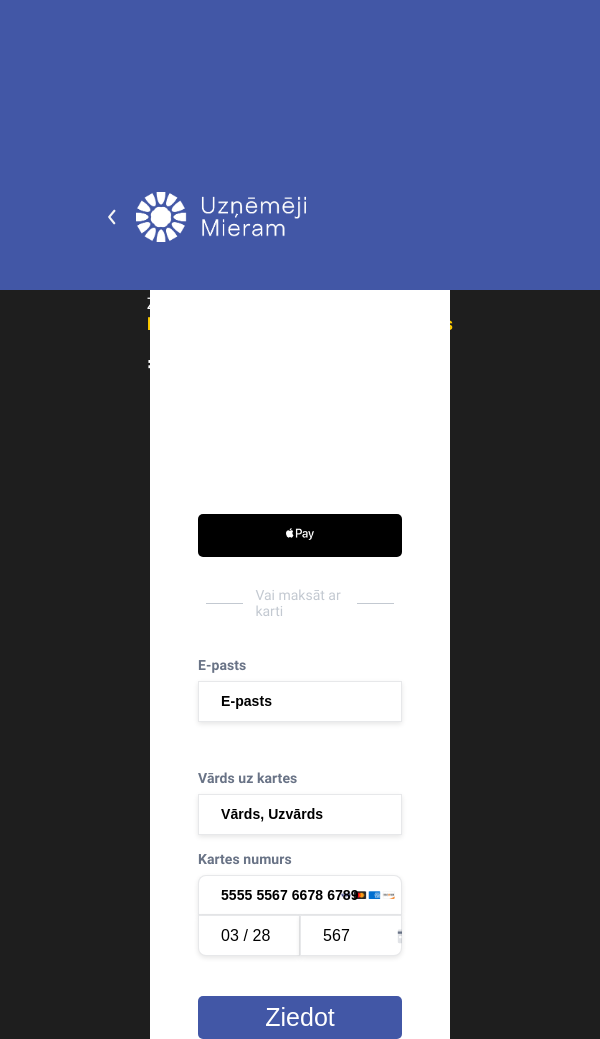
Repository: KatrinaPa/projekts_jul
Page: stripe.html
The author's editor kept a copy of each file at every save. The page is drawn from the files as they stood at one save, then again after the next save.
The browser window is 600 px wide. The pictures show the whole page.

Above is the page before, as saved 2023-08-02 17:30:40.

### stripe.html
<!DOCTYPE html>
<html lang="en">

<head>
    <meta charset="UTF-8">
    <meta http-equiv="X-UA-Compatible" content="IE=edge">
    <meta name="viewport" content="width=device-width, initial-scale=1.0">
    <title>Stripe</title>
    <link rel="preconnect" href="https://fonts.googleapis.com">
    <link rel="preconnect" href="https://fonts.gstatic.com" crossorigin>
    <link href="https://fonts.googleapis.com/css2?family=Poppins:wght@300;400;500;600;700&display=swap"
        rel="stylesheet">
    <link rel="preconnect" href="https://fonts.googleapis.com">
    <link rel="preconnect" href="https://fonts.gstatic.com" crossorigin>
    <link href="https://fonts.googleapis.com/css2?family=Poppins:wght@300;400;500;600&display=swap" rel="stylesheet">
    <link rel="stylesheet" href="./assets/main.css" />
    <link rel="stylesheet" href="./assets/stripe-styles.css" />
    <link rel="stylesheet" href="https://cdnjs.cloudflare.com/ajax/libs/font-awesome/6.2.0/css/all.min.css" />
</head>

<body>

    <main>
        <div class="panel-2">
            <section class="section_left">
                <div class="wrapper_left">
                    <div class="logo-back"><a href="sakums.html">
                            <button class="back-btn">
                                <svg xmlns="http://www.w3.org/2000/svg" width="26" height="26" viewBox="0 0 26 26"
                                    fill="none">
                                    <path
                                        d="M15.2444 20.2912C15.0888 20.2917 14.935 20.2574 14.7944 20.1907C14.6538 20.124 14.53 20.0266 14.4319 19.9058L9.40066 13.6558C9.24745 13.4694 9.1637 13.2356 9.1637 12.9943C9.1637 12.753 9.24745 12.5192 9.40066 12.3328L14.609 6.08285C14.7858 5.87012 15.0399 5.73635 15.3153 5.71095C15.5908 5.68556 15.865 5.77062 16.0777 5.94743C16.2905 6.12424 16.4242 6.37832 16.4496 6.65376C16.475 6.9292 16.39 7.20345 16.2132 7.41618L11.5569 12.9995L16.0569 18.5828C16.1843 18.7357 16.2652 18.9219 16.2901 19.1194C16.315 19.3168 16.2827 19.5173 16.1973 19.697C16.1118 19.8767 15.9766 20.0282 15.8078 20.1335C15.6389 20.2388 15.4434 20.2935 15.2444 20.2912Z"
                                        fill="#F4F4F4" />
                                </svg>
                            </button>
                            <div>
                                <img src="assets/images/UM_logo_white.png" alt="UM_logo_white" id="logo-white">
                            </div>
                        </a></div>
                    <div class="donate-amount">
                        <p>Ziedojums Uzņēmēji Mieram<br>
                            <span>Neatliekamās palīdzības automašīnas</span>
                        </p>
                        <div>
                            <h2>€</h2>
                            <h2>50.00</h2>
                        </div>
                    </div>
                    <div class="terms-privacy">
                        <div>Powered by <img src="assets/images/stripe_wht.png" alt="Stripe" id="stripe_logo"></div>
                        <div class="centred-divid"></div>
                        <div class="terms">Terms</div>
                        <div class="privacy">Privacy</div>
                    </div>
                </div>
            </section>


            <section class="section_right">
                <div class="wrapper_right">
                    <button type="submit" class="button-ApplePay"><img src="assets/images/applePay.png" alt="ApplePay"
                            id="applePay-btn"></button>
                    <div class="pay-card-wrapper">
                        <div class="pay-card-line"></div>
                        <div class="pay-card">
                            <p>Vai maksāt ar karti</p>
                        </div>
                        <div class="pay-card-line"></div>
                    </div>

                    <div class="donor-details">
                        <form action="#">
                            <div class="input-details">
                                <label for="email">E-pasts</label>
                                <input type="email" placeholder="E-pasts" id="email" />
                            </div>
                            <div class="input-details">
                                <label for="name-onCard">Vārds uz kartes</label>
                                <input type="text" placeholder="Vārds, Uzvārds" id="name-onCard" />
                            </div>
                            <div class="input-card-details">
                                <label for="card-nr">Kartes numurs</label>
                                <input type="tel" placeholder="5555 5567 6678 6789" id="card-nr"
                                    class="input-icon-cards" />
                                <div>
                                    <input type="tel" placeholder="03 / 28" id="valid" />
                                    <input type="tel" placeholder="567" id="cvc" class="input-icon-cvc" />
                                </div>
                            </div>
                            <button type="submit" class="button-donate id=" donate-btn">Ziedot</button>
                        </form>
                    </div>
                </div>
            </section>

        </div>
    </main>


</body>

</html>

### assets/stripe-styles.css
.panel-2 {
    display: flex;
    flex-direction: row;
    justify-content: center;
}

.section_left {
    display: flex;
    justify-content: center;
    width: 50%;
    height: 62.69rem;
    background-color: #4257A6;
    font-family: Roboto;
    color: #ffffff;
}

.wrapper_left {
    display: flex;
    flex-direction: column;
    align-items: flex-start;
}

.logo-back {
    margin-top: 12rem;
}

.logo-back a {
    display: flex;
    gap: 0.7rem;
}

.back-btn {
    border: 0;
    background: transparent;
    padding: 0;
    cursor: pointer;
}

#logo-white {
    width: 10.625rem;
}

.donate-amount {
    display: flex;
    flex-direction: column;
    padding-left: 3rem;
}

.donate-amount p {
    font-size: 16px;
    font-weight: 400;
    margin: 3rem 3rem 0 0;
}

.donate-amount p span {
    font-size: 18px;
    font-weight: 500;
    color: #FFCC00;
}

.donate-amount div {
    display: flex;
    gap: 0.5rem;
}

.donate-amount h2 {
    font-size: 39px;
    font-weight: 600;
    margin-top: 0.5rem;
}

.terms-privacy {
    font-size: 12px;
    font-weight: 500;
    display: flex;
    gap: 1.5rem;
    margin-top: 16.7rem;
    width: 16rem;
    padding-left: 3rem;
}

.terms-privacy div:first-child {
    display: flex;
    justify-content: space-between;
    align-items: center;
}

.terms-privacy img {
    width: 33%;
}

.centred-divid {
    width: 1px;
    height: 1.25rem;
    background-color: #ffffff;
}

.terms,
.privacy {
    padding-top: 0.2rem;
    cursor: pointer;
}



.section_right {
    width: 50%;
    background-color: #ffffff;
    font-family: Roboto;
}

.wrapper_right {
    padding: 13rem 7.2rem 0 6.6rem;
}

.button-ApplePay {
    margin-top: 1rem;
    width: 100%;
    height: 2.69rem;
    max-width: 26.25rem;
    background-color: #000;
    border-radius: 5px;
    border: none;
    cursor: pointer;
}

.button-ApplePay img {
    width: 15%;
}

.pay-card-wrapper {
    display: flex;
    align-items: center;
    padding: 1rem 0.5rem 1.5rem 0.5rem;
    max-width: 25.2rem;
}

.pay-card {
    width: 100%;
    max-width: 26.25rem;
    margin: 0 1rem;
    display: flex;
    justify-content: center;
    font-size: 14px;
    font-weight: 400;
    color: #C3C9D1;
}

.pay-card-line {
    border-top: 1px solid #C3C9D1;
    width: 90%;
}

.section_right input {
    width: auto;
    max-width: 25.8rem;
    height: 2.3rem;
    border: solid 1px rgba(60, 66, 87, 0.12);
    box-shadow: 0px 2px 5px 0px rgba(0, 0, 0, 0.1);
    font-size: 14px;
    font-weight: 600;
    line-height: 22px;
    letter-spacing: 0.07px;
}

.section_right ::placeholder {
    padding: 0 1.25rem;
    color: #000;
}

.section_right label {
    color: #697386;
    font-size: 14px;
    font-weight: 600;
    letter-spacing: 0.07px;
}

form div:first-child {
    margin-bottom: 3rem;
}

.input-details {
    display: flex;
    flex-direction: column;
    gap: 0.5rem;
    margin-bottom: 1rem;
}

.input-card-details {
    gap: 0;
    display: flex;
    flex-direction: column;
}

.input-card-details label {
    margin-bottom: 0.5rem;
}

.input-card-details div {
    display: flex;
    flex-direction: row;
}

.input-card-details div input {
    width: 50%;
    max-width: 12.7rem;
    font-size: 16px;
    font-weight: 500;
}

.input-details input {
    margin: 0;
}

#card-nr {
    border-radius: 8px 8px 0 0;
}

#valid {
    border-radius: 0 0 0 8px;
}

#cvc {
    border-radius: 0 0 8px 0;
}

.input-icon-cards {
    background-image: url(images/cards.png);
    background-position: right center;
    background-size: 35%;
}

.input-icon-cvc {
    background-image: url("data:[embedded picture, 2812 characters]");
    background-position: 11rem center;
}

.donor-details input {
    background-repeat: no-repeat;
}

.button-donate {
    margin-top: 2.5rem;
    width: 100%;
    max-width: 26.25rem;
    background-color: #4257A6;
    color: #ffffff;
    font-size: 25px;
    font-weight: 500;
    height: 2.69rem;
    text-decoration: none;
    border-radius: 5px;
    border: none;
    cursor: pointer;
}

@media (min-width: 1370px) {
    .wrapper_right {
        padding: 13rem 10.5rem 0 6.6rem;
    }
}

@media (min-width: 1340px) {
    .wrapper_right {
        padding: 13rem 9.5rem 0 6.6rem;
    }
}

@media (min-width: 1300px) {
    .wrapper_right {
        padding: 13rem 8.5rem 0 6.6rem;
    }
}

@media screen and (max-width: 1279px) {

    .pay-card-line {
        width: 80%;
    }

    .input-icon-cvc {
        background-position: 9rem center;
    }

    .wrapper_right {
        padding: 13rem 7.5rem 0 5.6rem;
    }
}

@media screen and (max-width: 1120px) {

    .pay-card-line {
        width: 65%;
    }

    .input-icon-cvc {
        background-position: 8rem center;
    }

    .wrapper_right {
        padding: 13rem 6.5rem 0 5rem;
    }
}

@media (max-width: 1020px) {
    .input-icon-cvc {
        background-position: 7rem center;
    }

    .wrapper_right {
        padding: 13rem 5.5rem 0 4.5rem;
    }
}

@media (max-width: 952px) {

    .pay-card-line {
        width: 53%;
    }

    .pay-card {
        margin: 0 0.8rem;
    }

    .wrapper_right {
        padding: 13rem 4.4rem 0 4rem;
    }
}

@media (max-width: 832px) {

    .pay-card-line {
        width: 41%;
    }

    .input-icon-cvc {
        background-position: 6rem center;
    }

    .wrapper_right {
        padding: 13rem 3rem 0 3rem;
    }
}

@media (max-width: 804px) {

    .terms-privacy {
        margin-top: 15.5rem;
    }

    .input-icon-cards {
        background-size: 30%;
    }
}

@media screen and (max-width: 700px) {

    .panel-2 {
        flex-direction: column;
        align-items: center;
    }

    .section_left {
        height: 18.125rem;
        width: 100%;
    }

    .terms-privacy {
        display: none;
    }

}

Loaded but not shown: assets/main.css (1433 lines, source omitted)

After the next save:
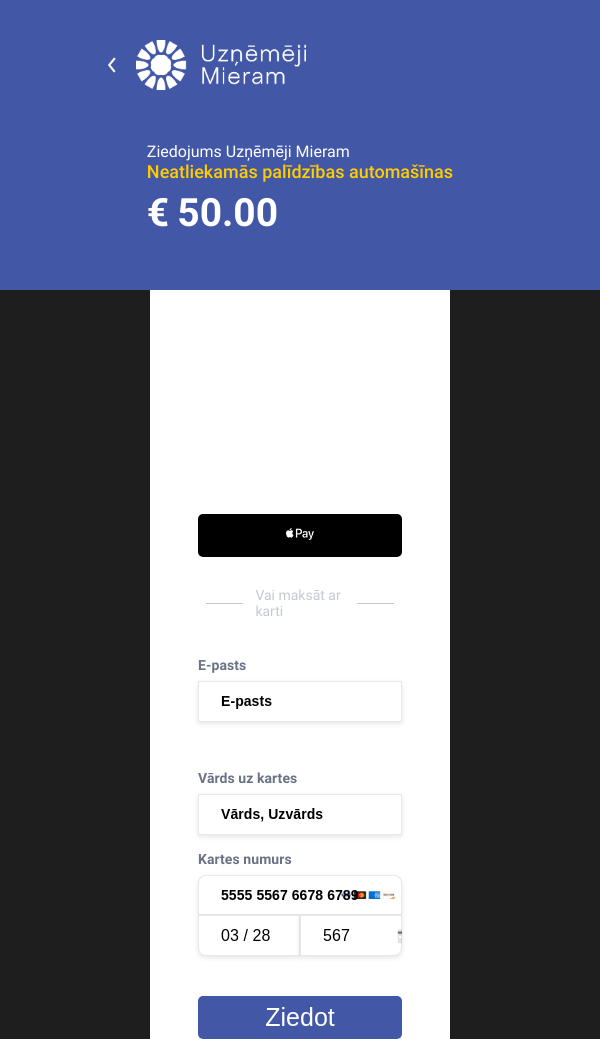
Saved 100 s later.
--- a/assets/stripe-styles.css
+++ b/assets/stripe-styles.css
@@ -365,6 +365,10 @@
         width: 100%;
     }
 
+    .logo-back {
+        margin-top: 2.5rem;
+    }
+
     .terms-privacy {
         display: none;
     }
